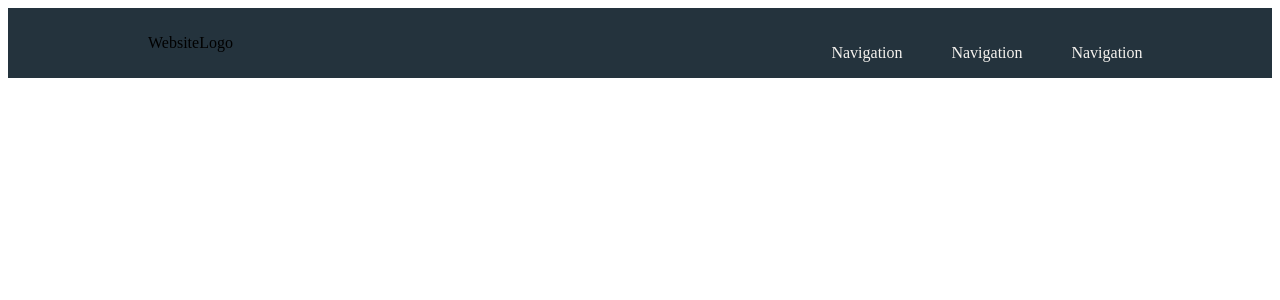
Repository: piotrokrutniak/Projekt-Studia
Page: index.html
These files come from the project's save history. The page is drawn as it stood at one moment and after the next save; the edit follows.
The browser window is 1280 px wide. The pictures show the whole page.

Above is the page before, as saved 2023-03-04 03:14:20.

### index.html
<!DOCTYPE html>
<head>
    <meta charset="UTF-8" />
    <meta http-equiv="X-UA-Compatible" content="IE=edge" />
    <meta name="viewport" content="width=device-width, initial-scale=1.0" />
    <link rel="stylesheet" type="text/css" href="styles.css" />
    <title>Website Title</title>
</head>
<body>
    <div class="navbar-container">
        <div class="navbar">
            <div class="logo">
                <div class="logo-contents">
                    WebsiteLogo
                </div>
            </div>
            <div class="navigation">
                <a href="/index" class="navigation-link">
                    <div class="navigation-button">
                        Navigation
                    </div>
                </a>
                <a href="/index" class="navigation-link">
                    <div class="navigation-button">
                        Navigation
                    </div>
                </a>
                <a href="/index" class="navigation-link">
                    <div class="navigation-button">
                        Navigation
                    </div>
                </a>
            </div>
        </div>
    </div>
</body>

### styles.css
.navbar-container{
    width: 100%;
    height: 70px;
    background: rgb(36, 51, 61);
    position: sticky;
    top: 0;

}

.navbar{
    position: relative;
    max-width: 1024px;
    min-width: 328px;
    height: 50px;
    top: 0px;
    margin: auto;
    display: flex;
    flex-direction:row;
    justify-content: space-between;
    top: 50%;
    -ms-transform: translateY(-50%);
    transform: translateY(-50%);

}

a{
    text-decoration: none;
    color:rgba(245, 242, 238);
}

.navigation{
    display: grid;
    grid-template-columns: 90px 90px 90px;
    grid-gap: 30px;
    height: 69px;
}

.navigation-link{
    position: relative;

}

.navigation-link:hover{

    border-bottom: 2px solid;
    border-color: aqua;

}

.navigation-button{
    text-align: center;
    position: relative;
    top: 50%;
    -ms-transform: translateY(-50%);
    transform: translateY(-50%);
}

.logo{
    position: relative;
    height: 49px;
    padding-left: 20px;
    padding-right: 20px;
}

.logo-contents{
    text-align: center;
    position: relative;
    top: 50%;
    -ms-transform: translateY(-50%);
    transform: translateY(-50%);
}

After the next save:
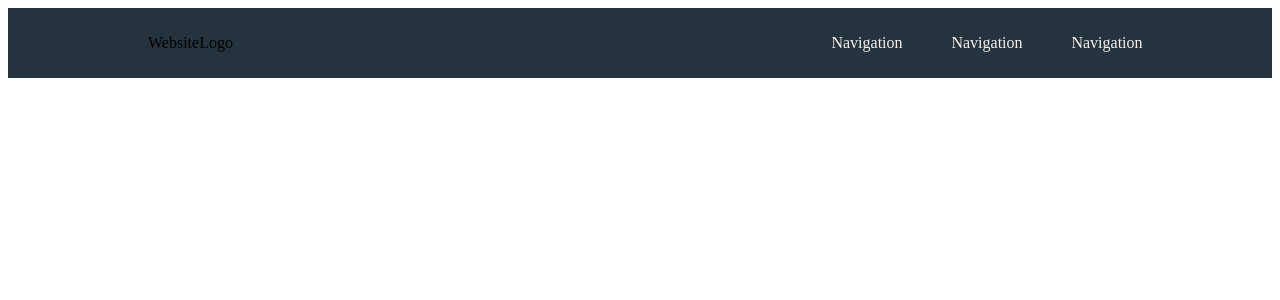
Saved 10 s later.
--- a/styles.css
+++ b/styles.css
@@ -32,7 +32,7 @@ a{
     display: grid;
     grid-template-columns: 90px 90px 90px;
     grid-gap: 30px;
-    height: 69px;
+
 }
 
 .navigation-link{
